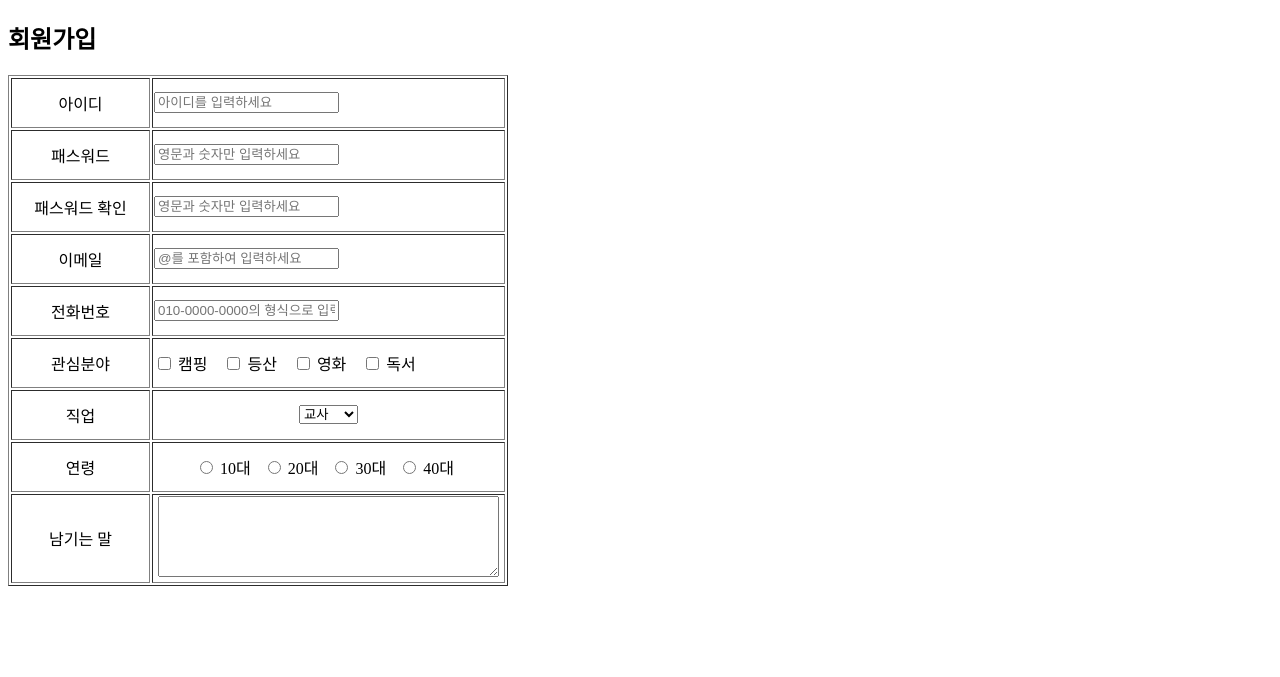
Repository: ohseung-web/OTjsp2026
Page: http://localhost/chapter/RequestJoin.jsp
These files come from the project's save history. The page is drawn as it stood at one moment and after the next save; the edit follows.
The browser window is 1280 px wide. The pictures show the whole page.
The page is served by Tomcat 9.

Above is the page before, as saved 2026-10-18 02:34:23.

### chapter/src/main/webapp/RequestJoin.jsp
<%@ page language="java" contentType="text/html; charset=UTF-8"
    pageEncoding="UTF-8"%>
<!DOCTYPE html>
<html>
<head>
<meta charset="UTF-8">
<title>Insert title here</title>
</head>
<body>
	<h2> 회원가입 </h2>
	<form action="RequestJoinProc.jsp" method="post">
		<table  width="500" border="1">
			<tr height="50">
				<td width="150" align="center">아이디</td>
				<td width="350">
					<input type="text" name="id" placeholder="아이디를 입력하세요">
				</td>
			</tr>
			<tr height="50">
				<td width="150" align="center">패스워드</td>
				<td width="350">
					<input type="password" name="pass" placeholder="영문과 숫자만 입력하세요">
				</td>
			</tr>
			<tr height="50">
				<td width="150" align="center">패스워드 확인</td>
				<td width="350">
					<input type="password" name="passchk" placeholder="영문과 숫자만 입력하세요">
				</td>
			</tr>
			<tr height="50">
				<td width="150" align="center">이메일</td>
				<td width="350">
					<input type="email" name="email" placeholder="@를 포함하여 입력하세요">
				</td>
			</tr>
			<tr height="50">
				<td width="150" align="center">전화번호</td>
				<td width="350">
					<input type="tel" name="tel" placeholder="010-0000-0000의 형식으로 입력하세요">
				</td>
			</tr>
			<tr height="50">
				<td width="150" align="center">관심분야</td>
				<td width="350">
					<input type="checkbox" name="hobby" value="캠핑" id="camping">
					<label for="camping">캠핑</label> &nbsp;&nbsp;
					<input type="checkbox" name="hobby" value="등산" id="mount">
					<label for="mount">등산</label> &nbsp;&nbsp;
					<input type="checkbox" name="hobby" value="캠핑" id="movie">
					<label for="movie">영화</label> &nbsp;&nbsp;
					<input type="checkbox" name="hobby" value="캠핑" id="book">
					<label for="book">독서</label> &nbsp;&nbsp;
				</td>
			</tr>
			<tr height="50">
				<td width="150" align="center">직업</td>
				<td width="350" align="center">
					<select name="job">
						<option value="교사">교사
						<option value="변호사">변호사
						<option value="의사">의사
						<option value="기술사">기술사
					</select>
				</td>
			</tr>
			<tr height="50">
				<td width="150" align="center">연령</td>
				<td width="350" align="center">
					<input type="radio" name="age" value="10대" id="teenage">
					<label for="teenage">10대</label>&nbsp;&nbsp;
					<input type="radio" name="age" value="10대" id="twenty">
					<label for="twenty">20대</label>&nbsp;&nbsp;
					<input type="radio" name="age" value="10대" id="thirty">
					<label for="thirty">30대</label>&nbsp;&nbsp;
					<input type="radio" name="age" value="10대" id="forty">
					<label for="forty">40대</label>&nbsp;&nbsp;
				</td>
			</tr>
			<tr height="50">
				<td width="150" align="center">남기는 말</td>
				<td width="350" align="center">
					<textarea rows="5" cols="40" name="info"></textarea>
				</td>
			</tr>
		</table>

	</form>
</body>
</html>

After the next save:
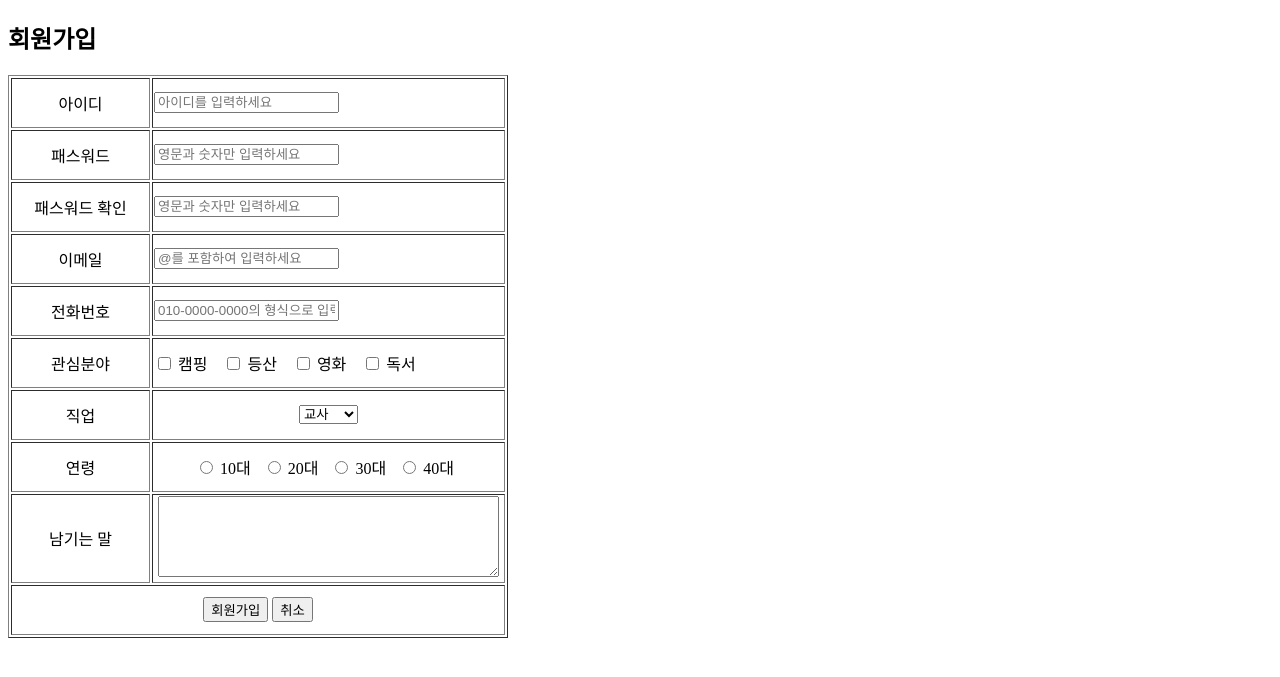
Saved 84 s later.
--- a/chapter/src/main/webapp/RequestJoin.jsp
+++ b/chapter/src/main/webapp/RequestJoin.jsp
@@ -83,6 +83,12 @@
 					<textarea rows="5" cols="40" name="info"></textarea>
 				</td>
 			</tr>
+			<tr height="50">
+				<td colspan="2" align="center">
+					<input type="submit" value="회원가입">
+					<input type="reset" value="취소">
+				</td>
+			</tr>
 		</table>
 
 	</form>
